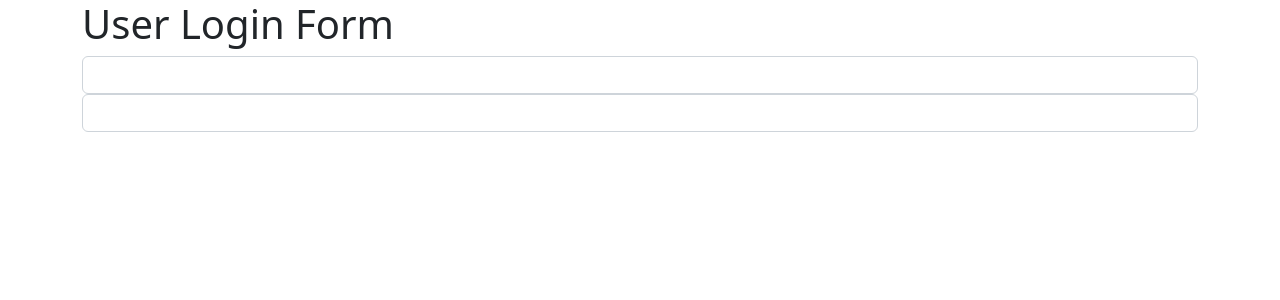
Repository: SadanChandra99/capgemini-bootcamp
Page: CreditCardPayment/src/main/webapp/views/Login.html
An editor plug-in stored every save of this project. The page is shown before and after the next save, followed by the edit.
The browser window is 1280 px wide. The pictures show the whole page.

Above is the page before, as saved 2022-09-02 04:24:07.

After the next save:
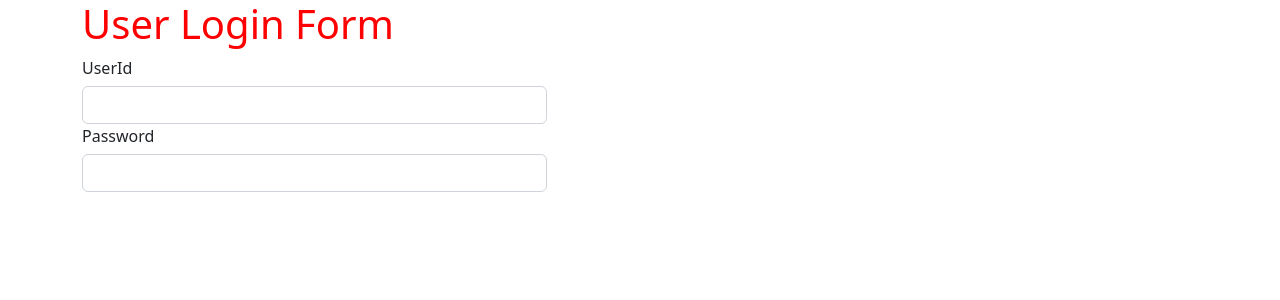
Saved 3 min 24 s later.
--- a/CreditCardPayment/src/main/webapp/views/Login.html
+++ b/CreditCardPayment/src/main/webapp/views/Login.html
@@ -12,10 +12,11 @@
 
     <div class = "container" >
 
-    	<h1>User Login Form</h1>
-    	<form>
+    	<h1 style="color:red;"  >User Login Form</h1>
+    	<form class = "col-5">
+    	<label><h6>UserId</h6></label>
     	<input type ="text" class = "form-control">
-
+    	<label><h6>Password</h6></label>
     	<input type ="password" class = "form-control">
 
     	</form>
